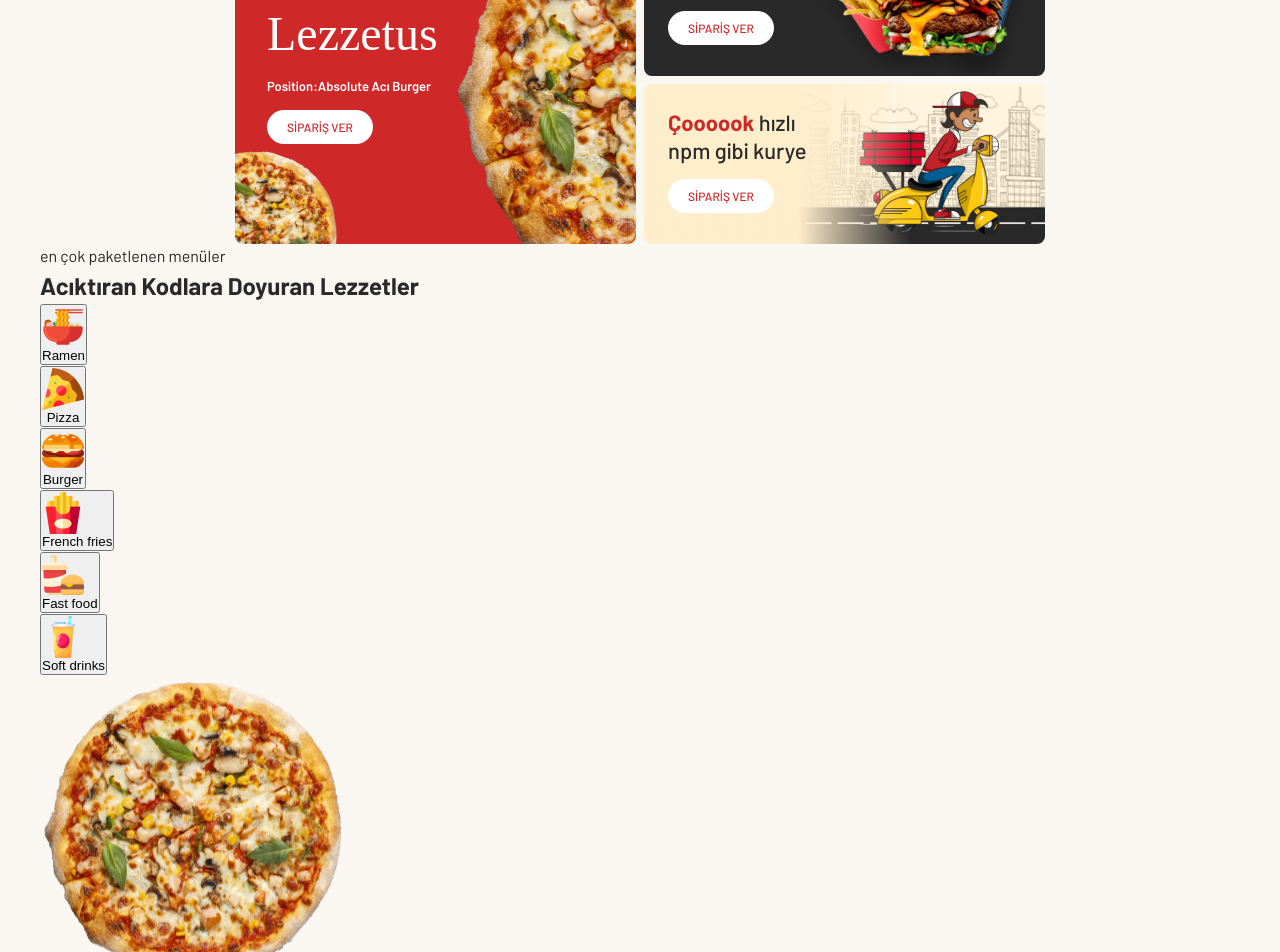
Repository: GozdeAybey/Pizza-HTML-CSS
Page: index.html
An editor plug-in stored every save of this project. The page is shown before and after the next save, followed by the edit.
The browser window is 1280 px wide. The pictures show the part of the page from y = 925 to 1877 px (the page is 4014 px tall before and 3996 px after).
A picture or video elsewhere on the page could not be fetched, so the positions and the page height are approximate. Some web fonts or font styles are not loaded; a fallback is used.

Above is the page before, as saved 2026-10-26 23:20:38.

### index.html
<!DOCTYPE html>
<html lang="tr">

  <head>
    <meta charset="UTF-8" />
    <link rel="icon" type="image/svg+xml" href="./workintech.svg" />
    <link rel="stylesheet" href="./style.css">
    <meta name="viewport" content="width=device-width, initial-scale=1.0" />
    <link rel="preconnect" href="https://fonts.googleapis.com">
    <link rel="preconnect" href="https://fonts.gstatic.com" crossorigin>
    <link href="https://fonts.googleapis.com/css2?family=Barlow:wght@400;500;600;700&family=Quattrocento:wght@400;700&family=Roboto+Condensed:wght@300;400;700&family=Satisfy&display=swap" rel="stylesheet">
    <title>Teknolojik Yemekler</title>
  </head>

  <body>
    <body>
      <header class="kapak">
        <img src="/assets/iteration-1/logo.svg" alt="Teknolojik Yemekler">
        <p>fırsatı kaçırma</p>
        <h1>KOD ACIKTIRIR PİZZA, DOYURUR</h1>
        <a class="buton" href="#menu">ACIKTIM</a>
      </header>

      <nav class="kategoriler" aria-label="Kategoriler">
        <ul>
          <li><a href="#"><img src="/assets/iteration-2/icons/1.svg" alt="">YENİ! Kore</a></li>
          <li><a href="#"><img src="/assets/iteration-2/icons/2.svg" alt="">Pizza</a></li>
          <li><a href="#"><img src="/assets/iteration-2/icons/3.svg" alt="">Burger</a></li>
          <li><a href="#"><img src="/assets/iteration-2/icons/4.svg" alt="">Kızartmalar</a></li>
          <li><a href="#"><img src="/assets/iteration-2/icons/5.svg" alt="">Fast food</a></li>
          <li><a href="#"><img src="/assets/iteration-2/icons/6.svg" alt="">Gazlı İçecek</a></li>
        </ul>
      </nav>

      <main>
        <section class="kampanyalar">
          <article class="kampanya pizza">
            <h2>Özel Lezzetus</h2>
            <p>Position:Absolute Acı Burger</p>
            <a class="buton" href="#menu">SİPARİŞ VER</a>
          </article>

          <article class="kampanya burger">
            <h2>Hackathlon Burger Menü</h2>
            <a class="buton" href="#menu">SİPARİŞ VER</a>
          </article>

          <article class="kampanya kurye">
            <h2><span>Çoooook</span> hızlı npm gibi kurye</h2>
            <a class="buton" href="#menu">SİPARİŞ VER</a>
          </article>
        </section>

        <section class="menu" id="menu">
          <p>en çok paketlenen menüler</p>
          <h2>Acıktıran Kodlara Doyuran Lezzetler</h2>

          <ul class="filtreler">
            <li><button type="button"><img src="/assets/iteration-2/icons/1.svg" alt="">Ramen</button></li>
            <li><button type="button" class="secili"><img src="/assets/iteration-2/icons/2.svg" alt="">Pizza</button></li>
            <li><button type="button"><img src="/assets/iteration-2/icons/3.svg" alt="">Burger</button></li>
            <li><button type="button"><img src="/assets/iteration-2/icons/4.svg" alt="">French fries</button></li>
            <li><button type="button"><img src="/assets/iteration-2/icons/5.svg" alt="">Fast food</button></li>
            <li><button type="button"><img src="/assets/iteration-2/icons/6.svg" alt="">Soft drinks</button></li>
          </ul>

          <ul class="urunler">
            <li class="urun">
              <img src="/assets/iteration-2/pictures/food-1.png" alt="Terminal Pizza">
              <h3>Terminal Pizza</h3>
              <div class="bilgi">
                <span>4.9</span>
                <span>(200)</span>
                <span class="fiyat">60₺</span>
              </div>
            </li>
            <li class="urun">
              <img src="/assets/iteration-2/pictures/food-2.png" alt="Position Absolute Acı Pizza">
              <h3>Position Absolute Acı Pizza</h3>
              <div class="bilgi">
                <span>4.9</span>
                <span>(200)</span>
                <span class="fiyat">60₺</span>
              </div>
            </li>
            <li class="urun">
              <img src="/assets/iteration-2/pictures/food-3.png" alt="useEffect Tavuklu Burger">
              <h3>useEffect Tavuklu Burger</h3>
              <div class="bilgi">
                <span>4.9</span>
                <span>(200)</span>
                <span class="fiyat">60₺</span>
              </div>
            </li>
          </ul>
        </section>
      </main>

      <footer class="altbilgi">
        <div class="altbilgi-ust">
          <section class="iletisim">
            <img src="/assets/iteration-2/footer/logo-footer.svg" alt="Teknolojik Yemekler">
            <address>
              <p><img src="/assets/iteration-2/footer/icons/icon-1.png" alt="">341 Londonderry Road, İstanbul Türkiye</p>
              <p><img src="/assets/iteration-2/footer/icons/icon-2.png" alt="">aciktim@teknolojikyemekler.com</p>
              <p><img src="/assets/iteration-2/footer/icons/icon-3.png" alt="">+90 216 123 45 67</p>
            </address>
          </section>

          <nav class="sicak-menu" aria-label="Hot Menu">
            <h3>Hot Menu</h3>
            <ul>
              <li><a href="#">Terminal Pizza</a></li>
              <li><a href="#">5 Kişilik Hackathlon Pizza</a></li>
              <li><a href="#">useEffect Tavuklu Pizza</a></li>
              <li><a href="#">Beyaz Console Frosty</a></li>
              <li><a href="#">Testler Geçti Mutlu Burger</a></li>
              <li><a href="#">Position Absolute Acı Burger</a></li>
            </ul>
          </nav>

          <section class="instagram">
            <h3>Instagram</h3>
            <ul>
              <li><img src="/assets/iteration-2/footer/insta/li-0.png" alt="Instagram gönderisi 1"></li>
              <li><img src="/assets/iteration-2/footer/insta/li-1.png" alt="Instagram gönderisi 2"></li>
              <li><img src="/assets/iteration-2/footer/insta/li-2.png" alt="Instagram gönderisi 3"></li>
              <li><img src="/assets/iteration-2/footer/insta/li-3.png" alt="Instagram gönderisi 4"></li>
              <li><img src="/assets/iteration-2/footer/insta/li-4.png" alt="Instagram gönderisi 5"></li>
              <li><img src="/assets/iteration-2/footer/insta/li-5.png" alt="Instagram gönderisi 6"></li>
            </ul>
          </section>
        </div>

        <div class="altbilgi-alt">
          <p>© 2023 Teknolojik Yemekler.</p>
          <a href="#" aria-label="Twitter">Twitter</a>
        </div>
      </footer>
    </body>
  </body>

</html>

### style.css
:root {
  --yellow: #FDC913;
  --gray-light: #5F5F5F;
  --gray-dark: #292929;
  --red: #CE2829;
  --beige: #FAF7F2;

  --font-heading: "Roboto Condensed", sans-serif;
  --font-body: "Barlow", sans-serif;
  --font-serif: "Quattrocento", serif;
  --font-accent: "Satisfy", cursive;
}

*,
*::before,
*::after {
  box-sizing: border-box;
  margin: 0;
  padding: 0;
}

img {
  max-width: 100%;
  display: block;
}

body {
  font-family: var(--font-body);
  color: var(--gray-dark);
  background-color: #fff;
  line-height: 1.5;
}
/* ---------- Ana alan ---------- */
main {
  padding: 36px 40px 60px;
  background-color: var(--beige);
}
/* ---------- Kampanya kartları ---------- */
.kampanyalar {
  display: grid;
  grid-template-columns: 1fr;
  gap: 12px;
  max-width: 810px;
  margin: 0 auto;
}

.kampanya {
  display: flex;
  flex-direction: column;
  align-items: flex-start;
  gap: 14px;
  padding: 24px;
  border-radius: 8px;
  color: #fff;
  background-size: cover;
  background-position: right center;
}

.kampanya h2 {
  max-width: 170px;
  font-size: 22px;
  font-weight: 500;
  line-height: 1.3;
}

.kampanya p {
  font-size: 13px;
  font-weight: 600;
}

.kampanya .buton {
  padding: 8px 20px;
  background-color: #fff;
  color: var(--red);
  font-size: 12px;
}

.pizza {
  min-height: 232px;
  background-color: var(--red);
  background-image: url("/assets/iteration-2/cta/kart-1.png");
}

.pizza h2 {
  max-width: 220px;
  font-family: var(--font-serif);
  font-size: 44px;
  font-weight: 400;
  line-height: 1.2;
}

.burger {
  min-height: 187px;
  background-color: var(--gray-dark);
  background-image: url("/assets/iteration-2/cta/kart-2.png");
}

.kurye {
  min-height: 181px;
  color: var(--gray-dark);
  background-image: url("/assets/iteration-2/cta/kart-3.png");
}

.kurye span {
  color: var(--red);
  font-weight: 700;
}
/* ---------- Ortak buton ---------- */
.buton {
  display: inline-block;
  padding: 12px 36px;
  border-radius: 50px;
  background-color: var(--yellow);
  color: var(--gray-dark);
  font-size: 16px;
  font-weight: 500;
  text-decoration: none;
}

/* ---------- Kapak (hero) ---------- */
.kapak {
  min-height: 100vh;
  padding: 50px 20px 0;
  display: flex;
  flex-direction: column;
  align-items: center;
  text-align: center;
  color: #fff;
  background-color: var(--red);
  background-image: url("/assets/iteration-1/home-banner.png");
  background-size: cover;
  background-position: center bottom;
}

.kapak img {
  width: 250px;
}

.kapak p {
  display: none;
  font-family: var(--font-accent);
  font-size: 24px;
  color: var(--yellow);
}

.kapak h1 {
  max-width: 280px;
  margin-top: 60px;
  font-family: var(--font-heading);
  font-weight: 300;
  font-size: 56px;
  line-height: 1.15;
}

.kapak .buton {
  margin-top: 40px;
}
ul {
  list-style: none;
}

a {
  color: inherit;
  text-decoration: none;
}
/* ---------- Kategori şeridi ---------- */
.kategoriler {
  padding: 28px 20px;
  background-color: #fff;
}

.kategoriler ul {
  display: grid;
  grid-template-columns: 1fr 1fr;
  gap: 20px 10px;
  max-width: 320px;
  margin: 0 auto;
}

.kategoriler a {
  display: flex;
  align-items: center;
  gap: 10px;
  font-size: 14px;
  font-weight: 500;
}

.kategoriler img {
  width: 32px;
}

/* ---------- Geniş ekran ---------- */
@media (min-width: 768px) {
  .kapak {
    min-height: 56vw;
    padding-top: 40px;
  }

  .kapak p {
    display: block;
    margin-top: 24px;
  }

  .kapak h1 {
    max-width: 520px;
    margin-top: 4px;
    font-size: 64px;
  }
  .kategoriler ul {
    display: flex;
    justify-content: center;
    gap: 50px;
    max-width: none;
  }
  .kampanyalar {
    grid-template-columns: 1fr 1fr;
    gap: 8px;
  }

  .pizza {
    grid-row: span 2;
    min-height: 0;
    padding: 32px;
  }

  .pizza h2 {
    font-size: 48px;
  }

  .burger,
  .kurye {
    min-height: 160px;
  }
}

After the next save:
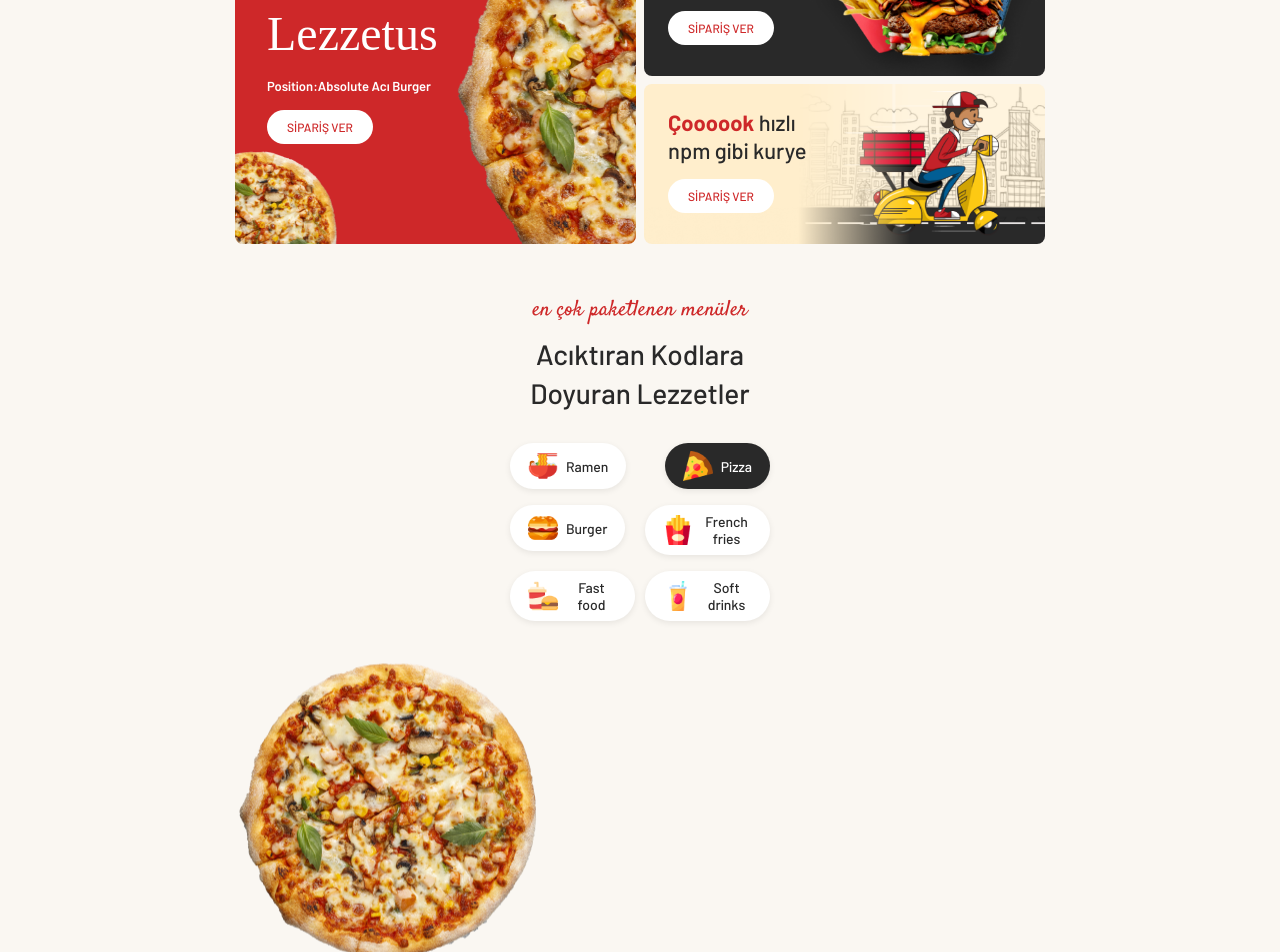
Saved 37 h 18 min later.
--- a/style.css
+++ b/style.css
@@ -188,7 +188,62 @@ a {
 .kategoriler img {
   width: 32px;
 }
-
+/* ---------- Menü bölümü ---------- */
+.menu {
+  max-width: 810px;
+  margin: 50px auto 0;
+  text-align: center;
+}
+
+.menu p {
+  font-family: var(--font-accent);
+  font-size: 22px;
+  color: var(--red);
+}
+
+.menu h2 {
+  max-width: 250px;
+  margin: 8px auto 0;
+  font-size: 28px;
+  font-weight: 500;
+  line-height: 1.4;
+}
+.filtreler {
+  display: grid;
+  grid-template-columns: 1fr 1fr;
+  gap: 16px 10px;
+  max-width: 260px;
+  margin: 30px auto 36px;
+}
+
+.filtreler li:nth-child(even) {
+  justify-self: end;
+}
+
+.filtreler button {
+  display: flex;
+  align-items: center;
+  gap: 8px;
+  padding: 8px 18px;
+  border: none;
+  border-radius: 50px;
+  background-color: #fff;
+  box-shadow: 0 2px 6px rgba(0, 0, 0, 0.08);
+  font-family: inherit;
+  font-size: 14px;
+  font-weight: 500;
+  color: var(--gray-dark);
+  cursor: pointer;
+}
+
+.filtreler img {
+  width: 30px;
+}
+
+.filtreler .secili {
+  background-color: var(--gray-dark);
+  color: #fff;
+}
 /* ---------- Geniş ekran ---------- */
 @media (min-width: 768px) {
   .kapak {
